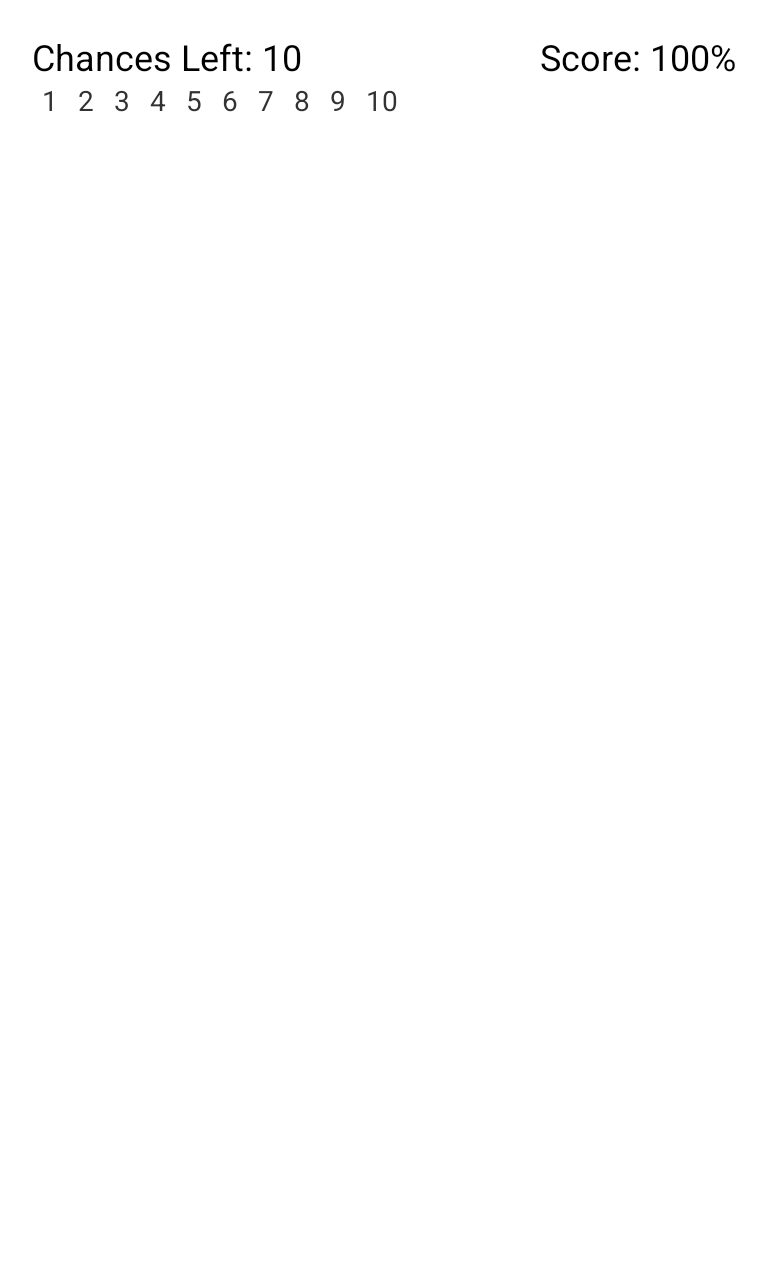
Repository: lethe13/AndroidProgramming
Layout: COMP304-Group1-MicroProject5/res/layout/activity_graphical_guessing_game.xml
The author's editor kept a copy of each file at every save. The layout is drawn from the files as they stood at one save, then again after a run of saves.
It is drawn on a 768 x 1280 px phone screen (xhdpi) without system bars, with theme AppTheme; the app's code is not run.

Above is the layout before, as saved 2015-11-16 20:42:09.

After the next 2 saves:
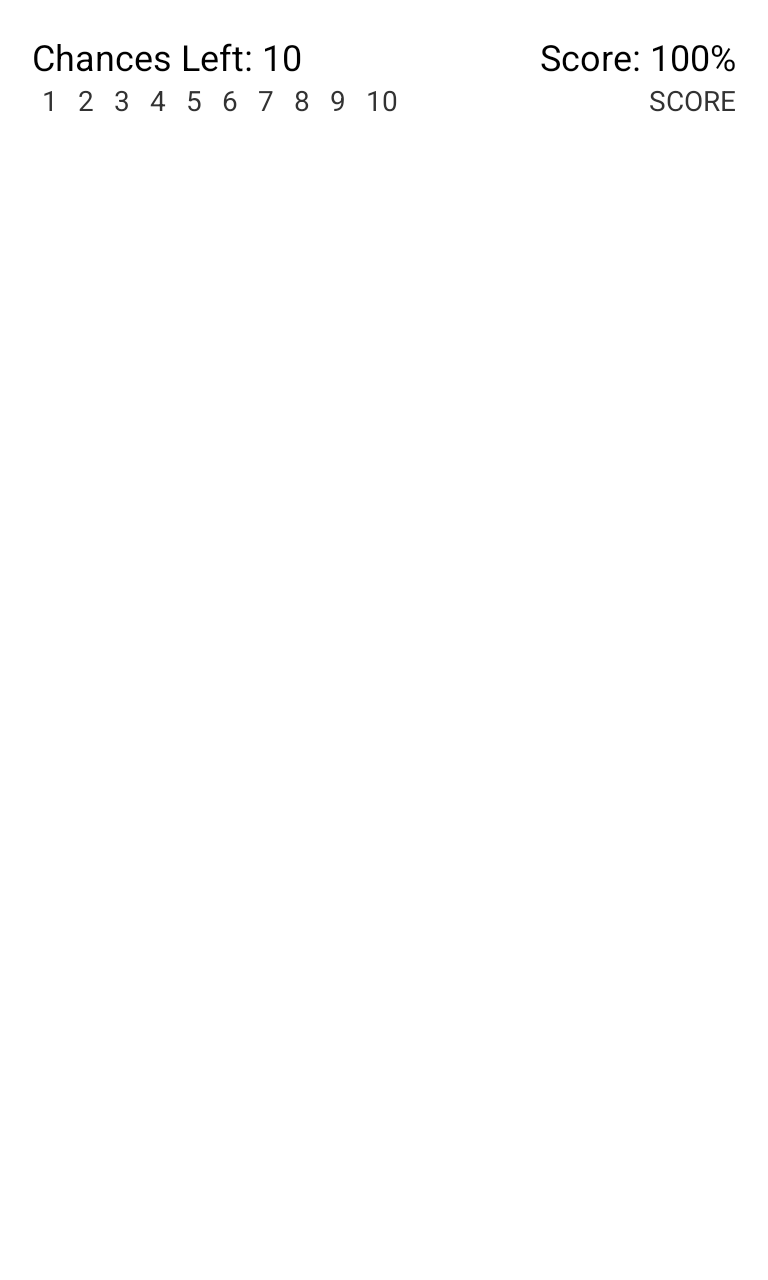
The 2 saves are shown as one change because 1 did not build or start.
The last was saved 103 s later.
--- a/COMP304-Group1-MicroProject5/res/layout/activity_graphical_guessing_game.xml
+++ b/COMP304-Group1-MicroProject5/res/layout/activity_graphical_guessing_game.xml
@@ -154,6 +154,11 @@
         android:layout_alignParentRight="true"
         android:layout_below="@+id/lblScore"
         android:orientation="vertical" >
+
+        <TextView android:id="@+id/tvScore"
+		       android:layout_width="wrap_content"
+		       android:layout_height="wrap_content"
+		       android:text="SCORE" />
     </LinearLayout>
 
 </RelativeLayout>

After the save that followed:
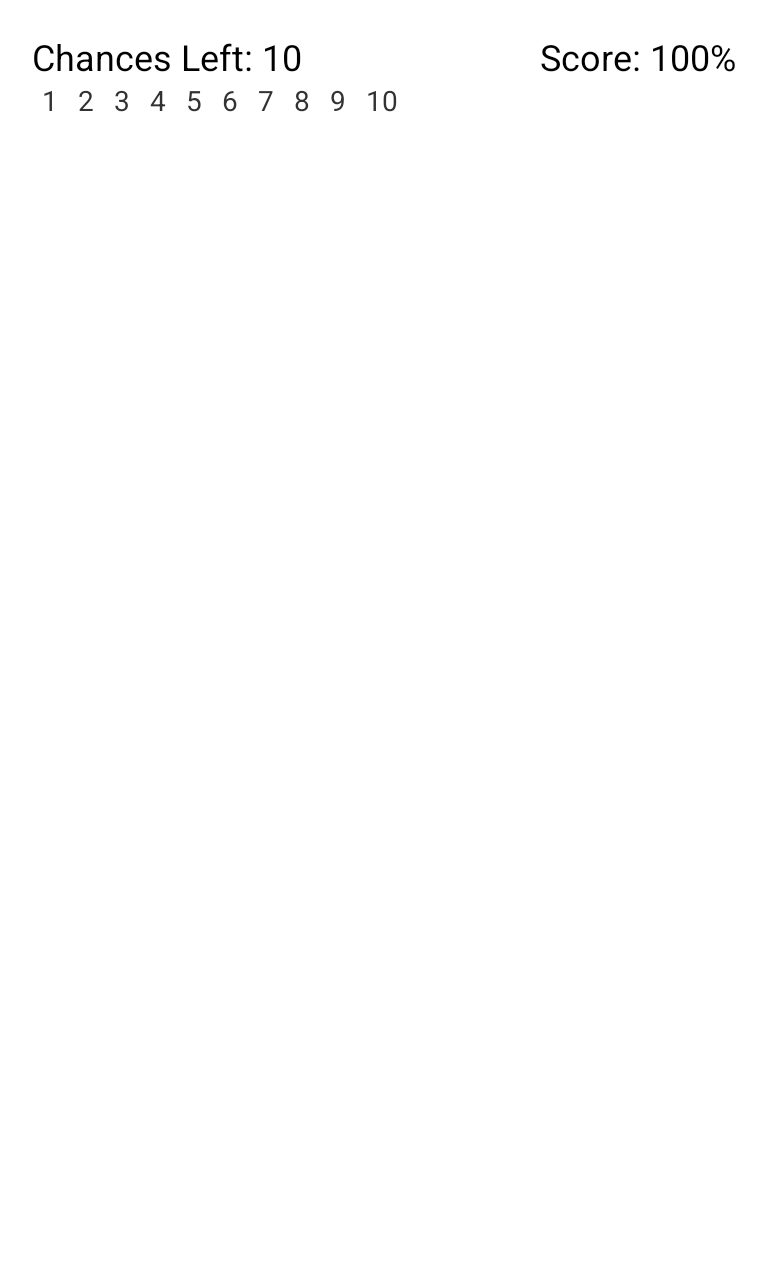
Saved 79 s later.
--- a/COMP304-Group1-MicroProject5/res/layout/activity_graphical_guessing_game.xml
+++ b/COMP304-Group1-MicroProject5/res/layout/activity_graphical_guessing_game.xml
@@ -158,6 +158,7 @@
         <TextView android:id="@+id/tvScore"
 		       android:layout_width="wrap_content"
 		       android:layout_height="wrap_content"
+		       android:paddingTop="600"
 		       android:text="SCORE" />
     </LinearLayout>
 
